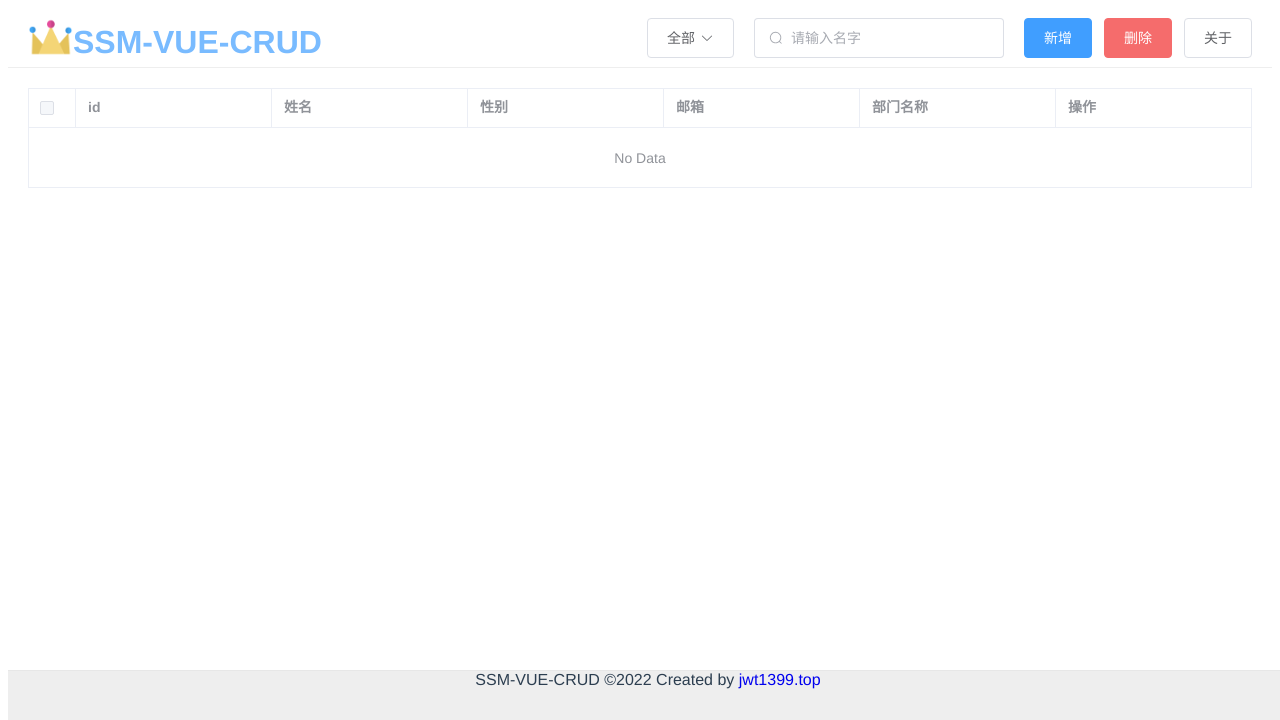
Repository: jwt1399/ssm-vue-crud
Page: / (app in ssm-crud-front/)
These files come from the project's save history. The page is drawn as it stood at one moment and after a run of saves; the edit follows.
The browser window is 1280 px wide. The pictures show the whole page.
The project was rebuilt for these pictures with package versions that can differ from the ones it lists, and the page was loaded fresh each time. Also part of the build but not shown: ssm-crud-front/vue.config.js.

Above is the page before, as saved 2022-06-09 12:53:43.

### ssm-crud-front/public/index.html
<!DOCTYPE html>
<html lang="zh-Hans">
  <head>
    <meta charset="utf-8">
    <meta http-equiv="X-UA-Compatible" content="IE=edge">
    <meta name="viewport" content="width=device-width,initial-scale=1.0">
    <link rel="icon" href="<%= BASE_URL %>favicon.png">
    <title><%= htmlWebpackPlugin.options.title %></title>
  </head>
  <body>
    <noscript>
      <strong>We're sorry but <%= htmlWebpackPlugin.options.title %> doesn't work properly without JavaScript enabled. Please enable it to continue.</strong>
    </noscript>
    <div id="app"></div>
    <!-- built files will be auto injected -->
  </body>
</html>

### ssm-crud-front/src/main.js
import { createApp } from 'vue'
import App from './App.vue'
import router from './router'
import ElementPlus from 'element-plus'
import 'element-plus/dist/index.css'
import * as ElementPlusIconsVue from '@element-plus/icons-vue'

const app = createApp(App)

//配置全局icon
for (const [key, component] of Object.entries(ElementPlusIconsVue)) {
    app.component(key, component)
  }

app.use(router).use(ElementPlus).mount('#app')

### ssm-crud-front/src/App.vue
<template>
  <Header/>
  <router-view/>
  <Footer/>
</template>

<script>
import Header from '@/components/Header.vue'
import Footer from '@/components/Footer.vue'
export default {
    components: {
        Header,
        Footer,
    }
}
</script>

<style>
#app {
  font-family: Avenir, Helvetica, Arial, sans-serif;
  -webkit-font-smoothing: antialiased;
  -moz-osx-font-smoothing: grayscale;
  text-align: center;
  color: #2c3e50;
}
</style>

### ssm-crud-front/src/router/index.js
import { createRouter, createWebHashHistory } from 'vue-router'
import CrudView from '../views/CrudView.vue'
const routes = [
  {
    path: '/',
    name: 'home',
    component: CrudView
  },
  {
    path: '/about',
    name: 'about',
    // route level code-splitting
    // this generates a separate chunk (about.[hash].js) for this route
    // which is lazy-loaded when the route is visited.
    component: () => import(/* webpackChunkName: "about" */ '../views/AboutView.vue')
  }
]

const router = createRouter({
  history: createWebHashHistory(),
  routes
})

export default router

### ssm-crud-front/src/components/Header.vue
<template>
 <el-header class="header">
    <div class="nav">
        <a href="/" class="nav-link">
            <img src="../assets/favicon.png" alt="logo" class="nav-logo">
            <h1 class="nav-title ">SSM-VUE-CRUD</h1>
        </a>
    </div>
    <div class="nav-item">
        <el-dropdown>
            <el-button size="large">
                全部
                <el-icon class="el-icon--right">
                    <arrow-down />
                </el-icon>
            </el-button>
            <template #dropdown>
                <el-dropdown-menu>
                    <el-dropdown-item>Action 1</el-dropdown-item>
                    <el-dropdown-item>Action 2</el-dropdown-item>
                </el-dropdown-menu>
            </template>
        </el-dropdown>

        <div class="nav-search">
            <el-input
            placeholder="请输入名字"
            v-model="search"
            size="large"
            @change="searchChange"
            clearable >
                <template #prefix>
                    <el-icon class="el-input__icon"><search /></el-icon>
                </template>
            </el-input>

        </div>
        <el-button type="primary" size="large" @click="addEmployee()">新增</el-button>
        <el-button type="danger" size="large" @click="batchDeleteEmployee()">删除</el-button>
        <!-- <router-link to='/about'> -->
        <el-button type="default" size="large" @click="skipAbout()">关于</el-button>
        <!-- </router-link> -->
    </div>
</el-header>
</template>

<script>
import { useRouter } from 'vue-router'

export default {
    name: 'Header',
    setup() {
        const router = useRouter()
        const skipAbout = ()=>{
        // window.location.href='#/about';
        // router.push({path:'about'})
        router.push({ name: 'about'})
        }
        return {
            skipAbout,
        }
    },

}


</script>



<style scoped>
.nav-logo {
	height: 45px;
	width: 45px;
	vertical-align: middle;
	display: inline-block;
}

.nav-title {
	font-size: 2rem;
	display: inline-block;
	vertical-align: middle;
	color: #79bbff;
	padding-top: 10px;
}

.nav-item {
	display: flex;
	align-items: center;
}

.nav-search {
	width: 250px;
	margin: 0 20px;
}

.header {
	display: flex;
	align-items: center;
	justify-content: space-between;
	width: 100%;
	border-bottom: 1px solid #eee;
	min-width: 800px;
}



</style>

### ssm-crud-front/src/components/Footer.vue
<template>
<el-footer class="footer">
    <span>SSM-VUE-CRUD ©2022 Created by </span>
    <a href="https://jwt1399.top" style="text-decoration: none;"> jwt1399.top</a>
 </el-footer>
</template>


<script>
export default{
    name:'Footer',
}
</script>

 <style scoped>
.footer {
   /*等于footer的高度 */
    /* margin-top: 60px;  */


    position: fixed;
    text-align: center;
    /* left: 0px; */
    bottom: 0px;
    width: 100%;
    height: 50px;
    background-color: #eee;
    z-index: 9999;
    border-top:1px solid #E7E7E7;
}

</style>

### ssm-crud-front/src/views/CrudView.vue
<template>
    <Form/>
</template>


<script>
import Form from '@/components/Form.vue'
export default {
    name: 'CrudView',
    components: {
        Form,
    }
}
</script>

### ssm-crud-front/src/components/Form.vue
  <template>
    <el-main>
        <div class="data-table">
            <el-table :data="employeeList" border style="width: 100%" v-loading="loading"
                @selection-change="handleSelectionChange">
                <el-table-column type="selection"></el-table-column>
                <el-table-column prop="empId" label="id"></el-table-column>
                <el-table-column prop="empName" label="姓名"></el-table-column>
                <el-table-column prop="gender" label="性别" :formatter="formatterSex"></el-table-column>
                <el-table-column prop="email" label="邮箱"></el-table-column>
                <el-table-column prop="department.deptName" label="部门名称"></el-table-column>

                <el-table-column label="操作">
                    <el-button type="primary" size="large" :icon="Edit" @click="handleEdit(scope.$index, scope.row)"
                        circle>
                    </el-button>

                    <el-button type="danger" size="large" :icon="Delete" @click="handleDelete(scope.$index, scope.row)"
                        circle>
                    </el-button>
                </el-table-column>
            </el-table>
        </div>
        <div class="table-pagination">
            <el-pagination v-model:current-page="pageNum" v-model:page-size="pageSize" :page-sizes="[5, 10, 15, 20]"
                :small="small" :disabled="disabled" :background="background"
                layout="total, sizes, prev, pager, next, jumper" :total="total" @size-change="handleSizeChange"
                @current-change="handleCurrentChange" />
        </div>
    </el-main>

</template>

<script>
export default {
    name:'Form'
}
</script>



<style scoped>
.table-pagination {
	display: flex;
	justify-content: center;
	padding: 20px;
}

</style>

After the next 7 saves:
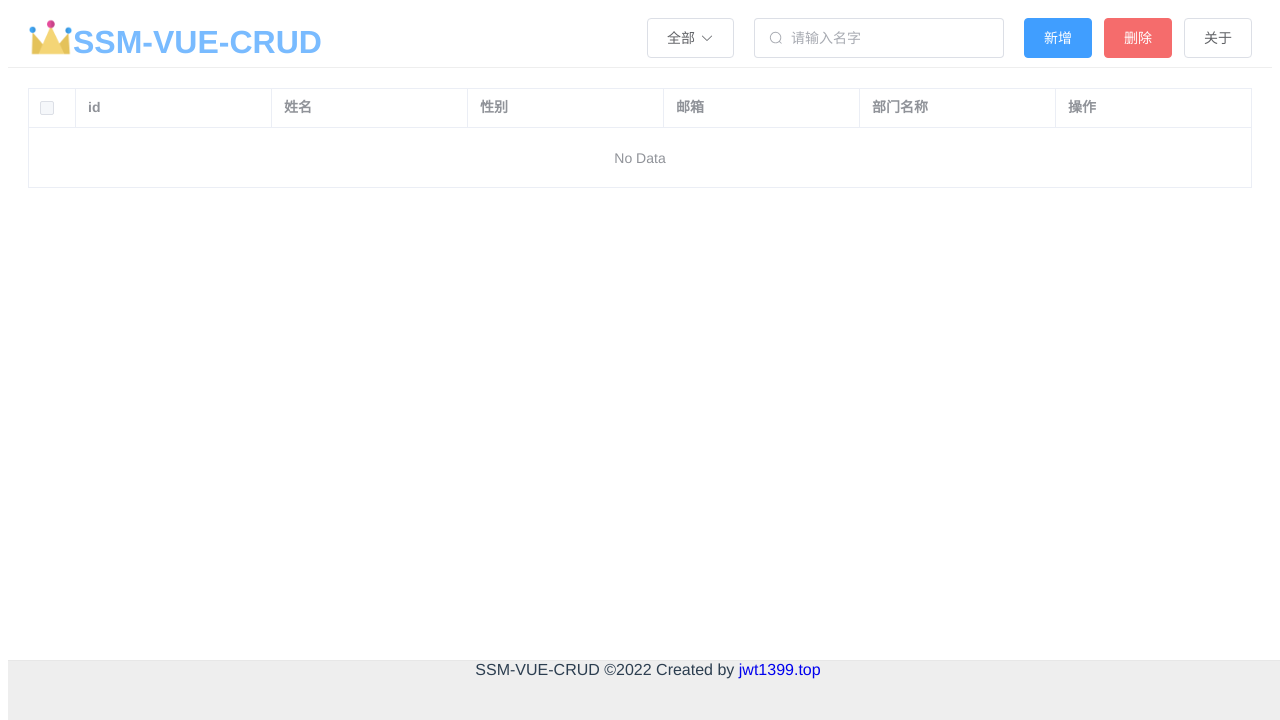
The 7 saves are shown as one change because they came seconds apart.
The last was saved 21 s later.
--- a/ssm-crud-front/src/components/Footer.vue
+++ b/ssm-crud-front/src/components/Footer.vue
@@ -20,10 +20,9 @@ export default{
 
     position: fixed;
     text-align: center;
-    /* left: 0px; */
     bottom: 0px;
     width: 100%;
-    height: 50px;
+    /* height: 50px; */
     background-color: #eee;
     z-index: 9999;
     border-top:1px solid #E7E7E7;
